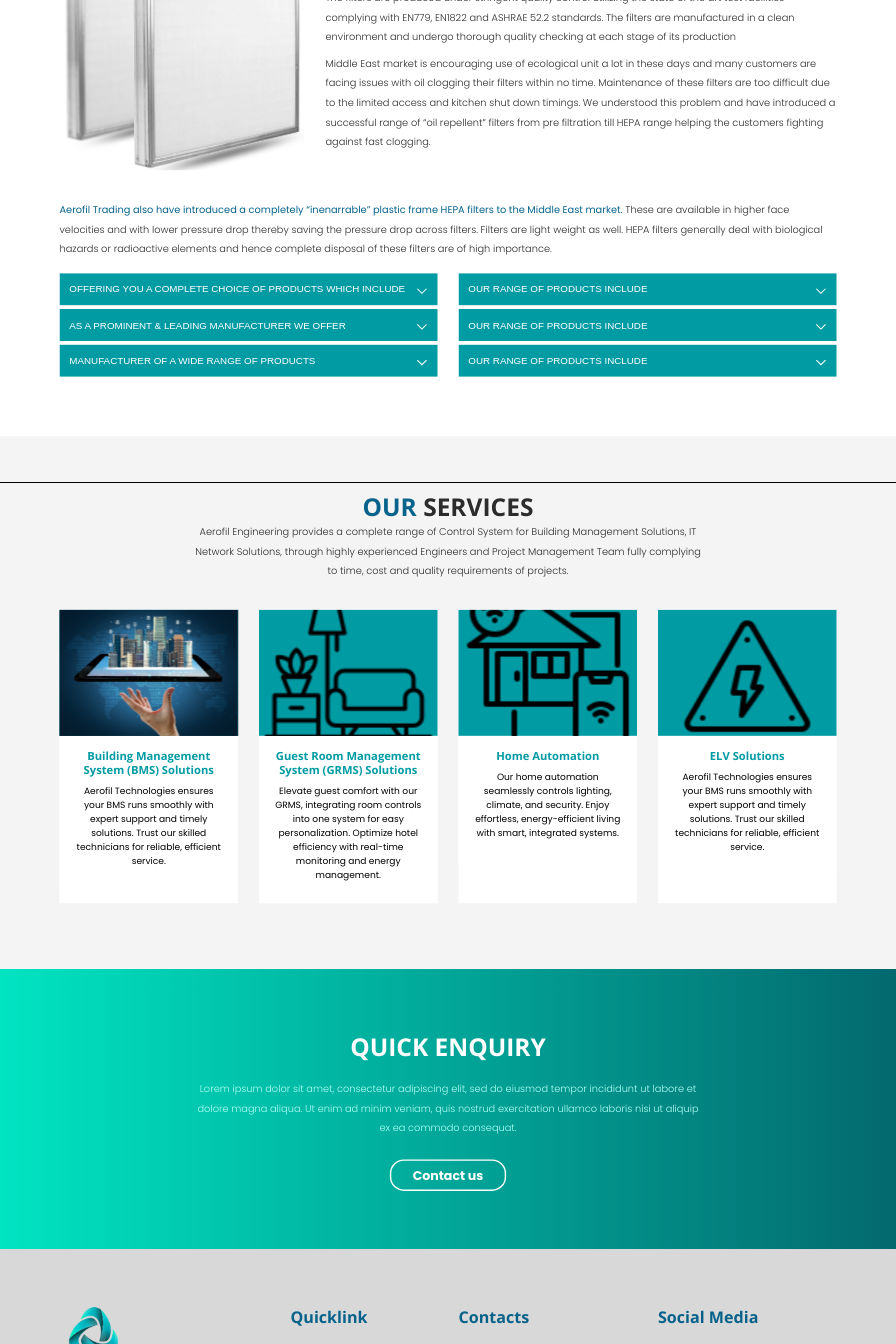
Repository: aslamvrtly/aerofil
Page: index.html
These files come from the project's save history. The page is drawn as it stood at one moment and after the next save; the edit follows.
The browser window is 1280 px wide. The pictures show the part of the page from y = 2216 to 4136 px (the page is 4488 px tall), at 70% of full size.

Above is the page before, as saved 2024-09-04 19:45:03.

After the next save:
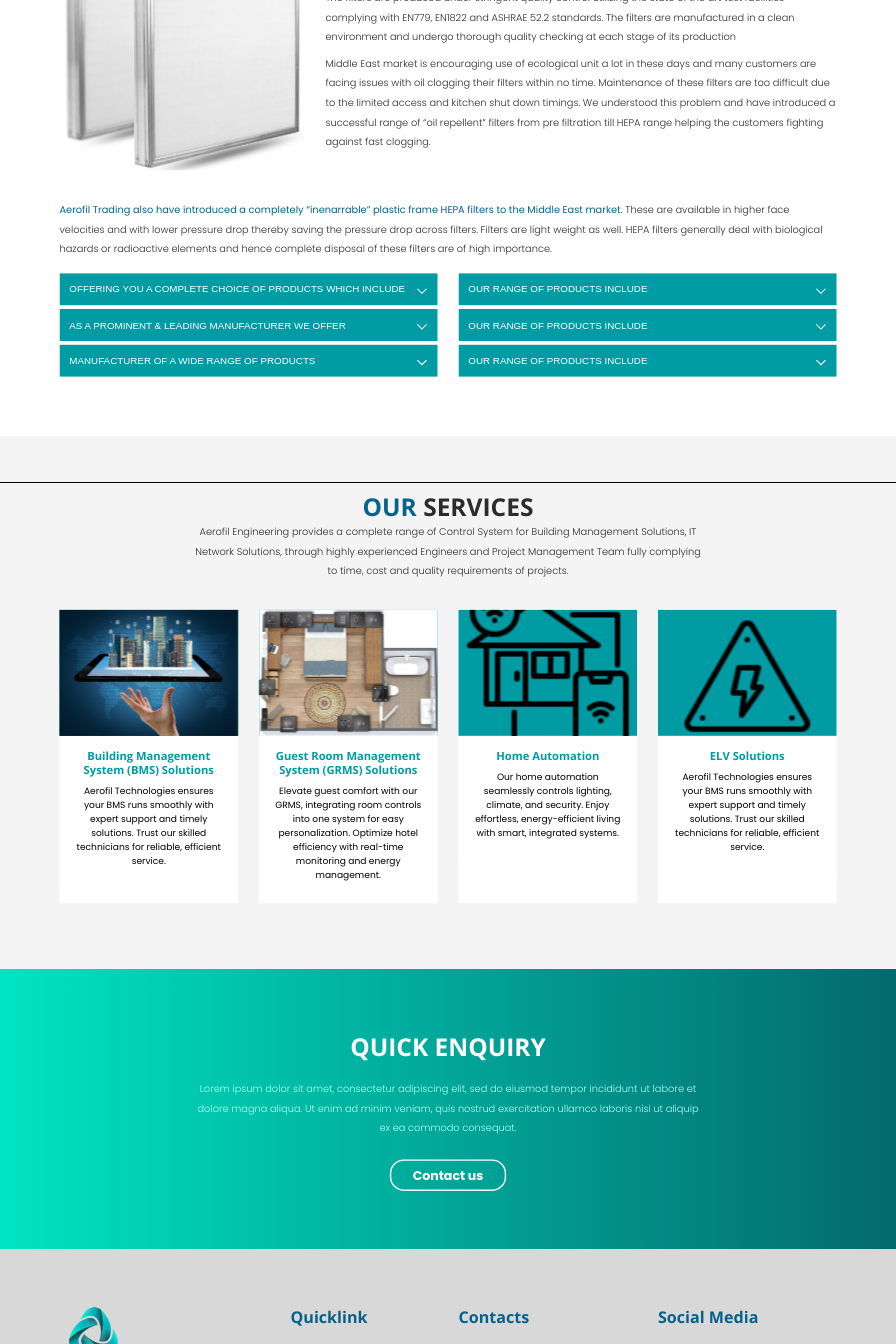
Saved 11 s later.
--- a/index.html
+++ b/index.html
@@ -411,7 +411,7 @@
 				<div class="col-md-3 mb-3">
 					<div class="service-box">
 						<div class="service-icon">
-							<img src="images/services/grms.png" class="img-fluid">
+							<img src="images/services/grms/grms-bg.jpg" class="img-fluid">
 						</div>
 						<div class="service-content">
 							<h4>Guest Room Management System (GRMS) Solutions</h4>
